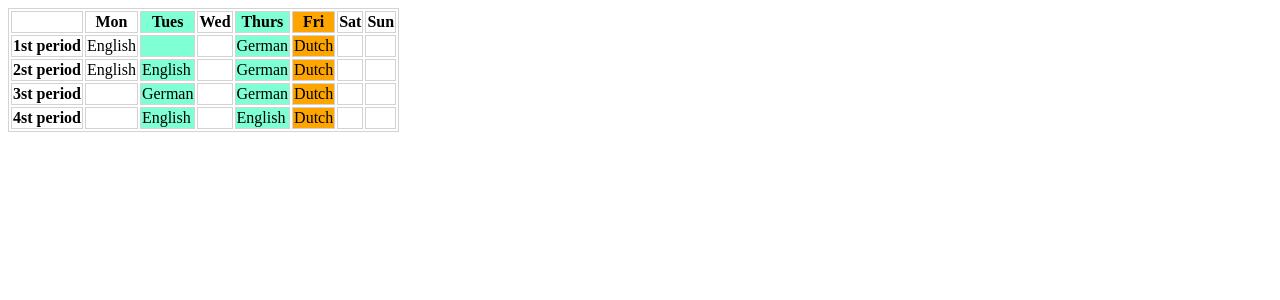
Repository: lidwan/dotfiles
Page: tmp/smthn.html
These files come from the project's save history. The page is drawn as it stood at one moment and after the next save; the edit follows.
The browser window is 1280 px wide. The pictures show the whole page.

Above is the page before, as saved 2024-08-18 11:26:23.

### tmp/smthn.html
<!DOCTYPE html>
<html lang="en">
<head>
    <meta charset="UTF-8">
    <meta name="viewport" content="width=device-width, initial-scale=1.0">
    <title>School timetable</title>
    <link rel="stylesheet" href="styles.css">
</head>
<body>
    <table>
        <colgroup>
            <col>
            <col>
            <col style="background-color: aquamarine;">
            <col>
            <col style="background-color: aquamarine;">
            <col style="background-color: orange; border: 3px solid red;">
            <col>
            <col>
        </colgroup>
        <tr>
            <th> </th>
            <th>Mon</th>
            <th>Tues</th>
            <th>Wed</th>
            <th>Thurs</th>
            <th>Fri</th>
            <th>Sat</th>
            <th>Sun</th>
        </tr>
        <tr>
            <th>1st period</th>
            <td>English</td>
            <td></td>
            <td></td>
            <td>German</td>
            <td>Dutch</td>
            <td></td>
            <td></td>
        </tr>
        <tr>
            <th>2st period</th>
            <td>English</td>
            <td>English</td>
            <td></td>
            <td>German</td>
            <td>Dutch</td>
            <td></td>
            <td></td>
        </tr>
        <tr>
            <th>3st period</th>
            <td></td>
            <td>German</td>
            <td></td>
            <td>German</td>
            <td>Dutch</td>
            <td></td>
            <td></td>
        </tr>
        <tr>
            <th>4st period</th>
            <td></td>
            <td>English</td>
            <td></td>
            <td>English</td>
            <td>Dutch</td>
            <td></td>
            <td></td>
        </tr>
    </table>
</body>
</html>

### tmp/styles.css
table,
th,
td {
    border: 1px solid lightgray;
}

After the next save:
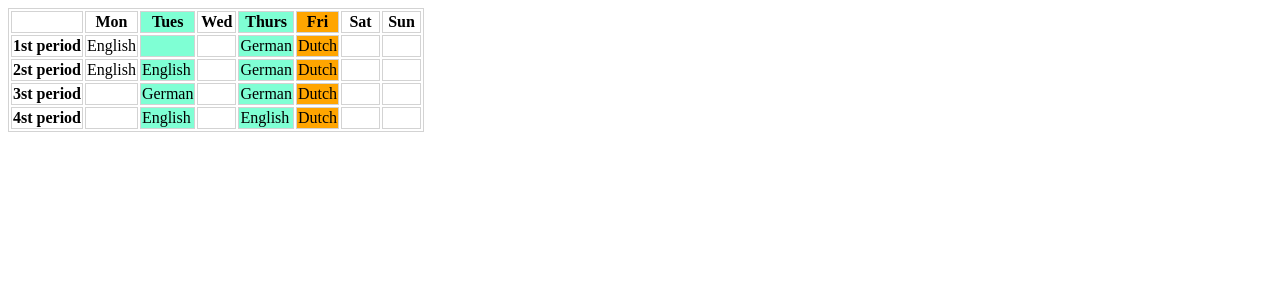
Saved 88 s later.
--- a/tmp/styles.css
+++ b/tmp/styles.css
@@ -2,4 +2,5 @@ table,
 th,
 td {
     border: 1px solid lightgray;
+    min-width: 35px;
 }
